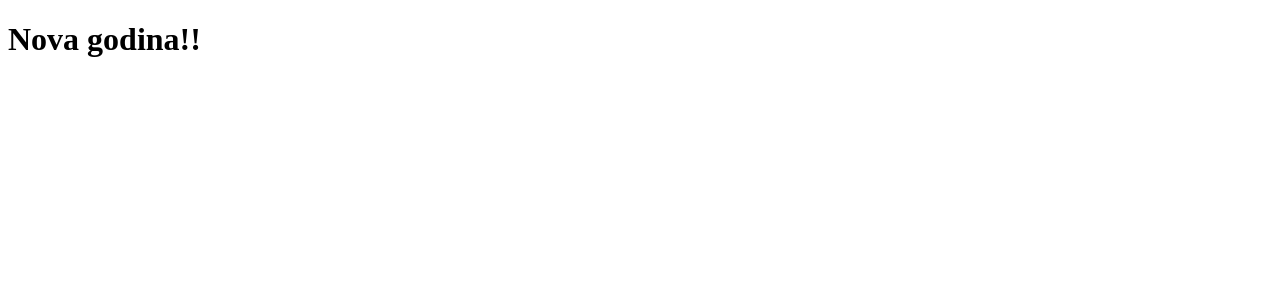
Repository: imranjukic/interni-hakaton
Page: index.html
These files come from the project's save history. The page is drawn as it stood at one moment and after the next save; the edit follows.
The browser window is 1280 px wide. The pictures show the whole page.

Above is the page before, as saved 2019-11-09 21:49:15.

After the next save:
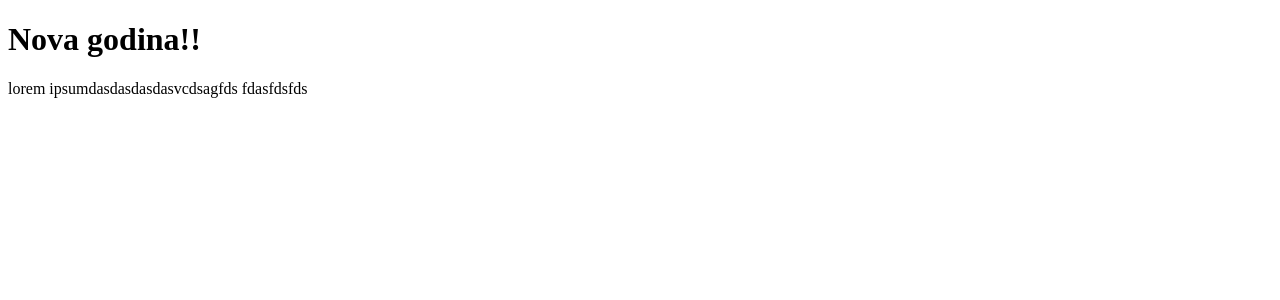
Saved 13 min 31 s later.
--- a/index.html
+++ b/index.html
@@ -8,5 +8,9 @@
 </head>
 <body>
     <h1>Nova godina!!</h1>
+    <p>lorem ipsumdasdasdasdasvcdsagfds
+        fdasfdsfds
+
+    </p>
 </body>
 </html>
